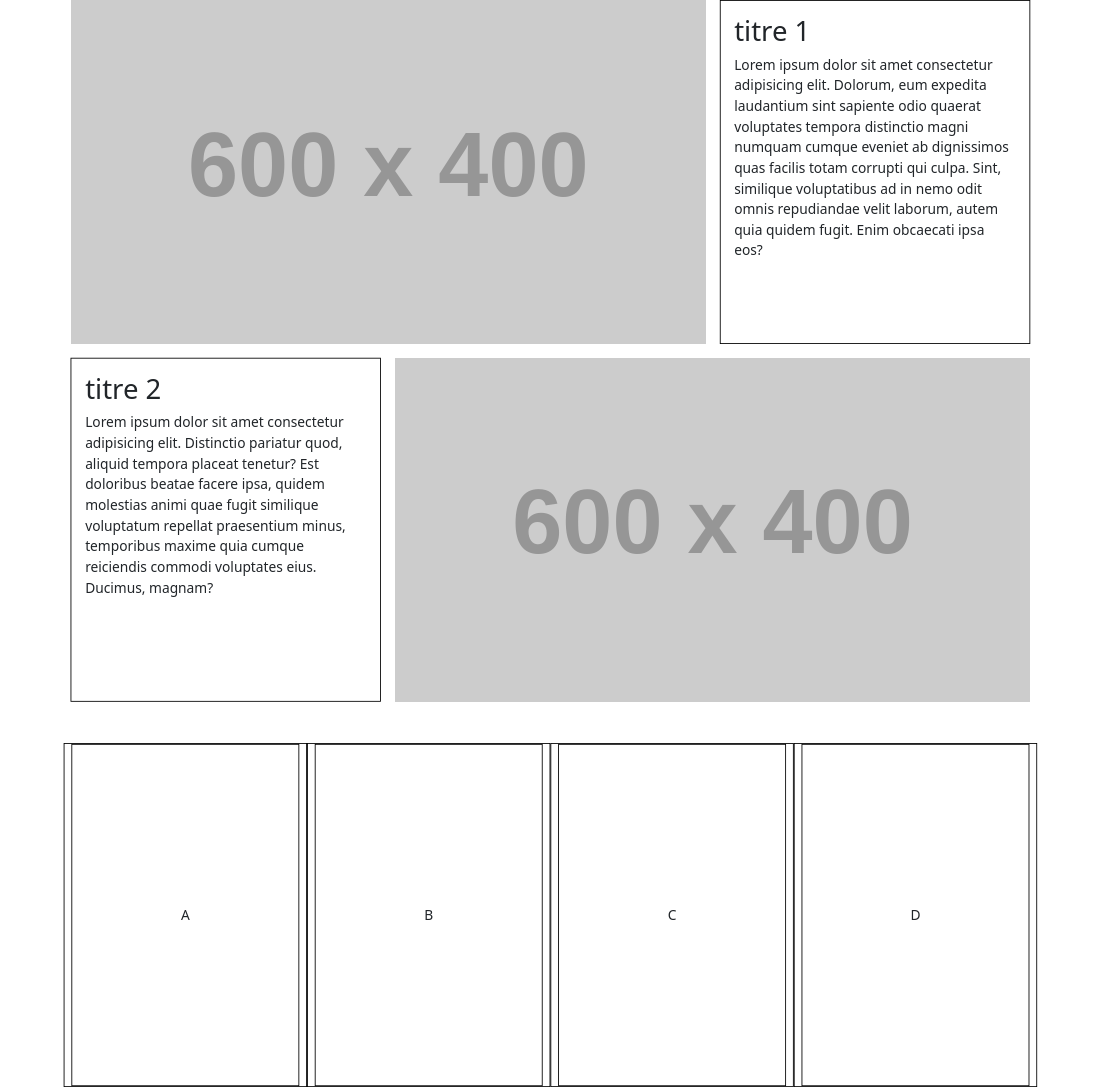
Repository: fbansept/ran4_24
Page: correction-tp.html
An editor plug-in stored every save of this project. The page is shown before and after a run of saves, followed by the edit.
The browser window is 1280 px wide. The pictures show the whole page, at 86% of full size.

Above is the page before, as saved 2024-10-22 10:01:36.

After the next 2 saves:
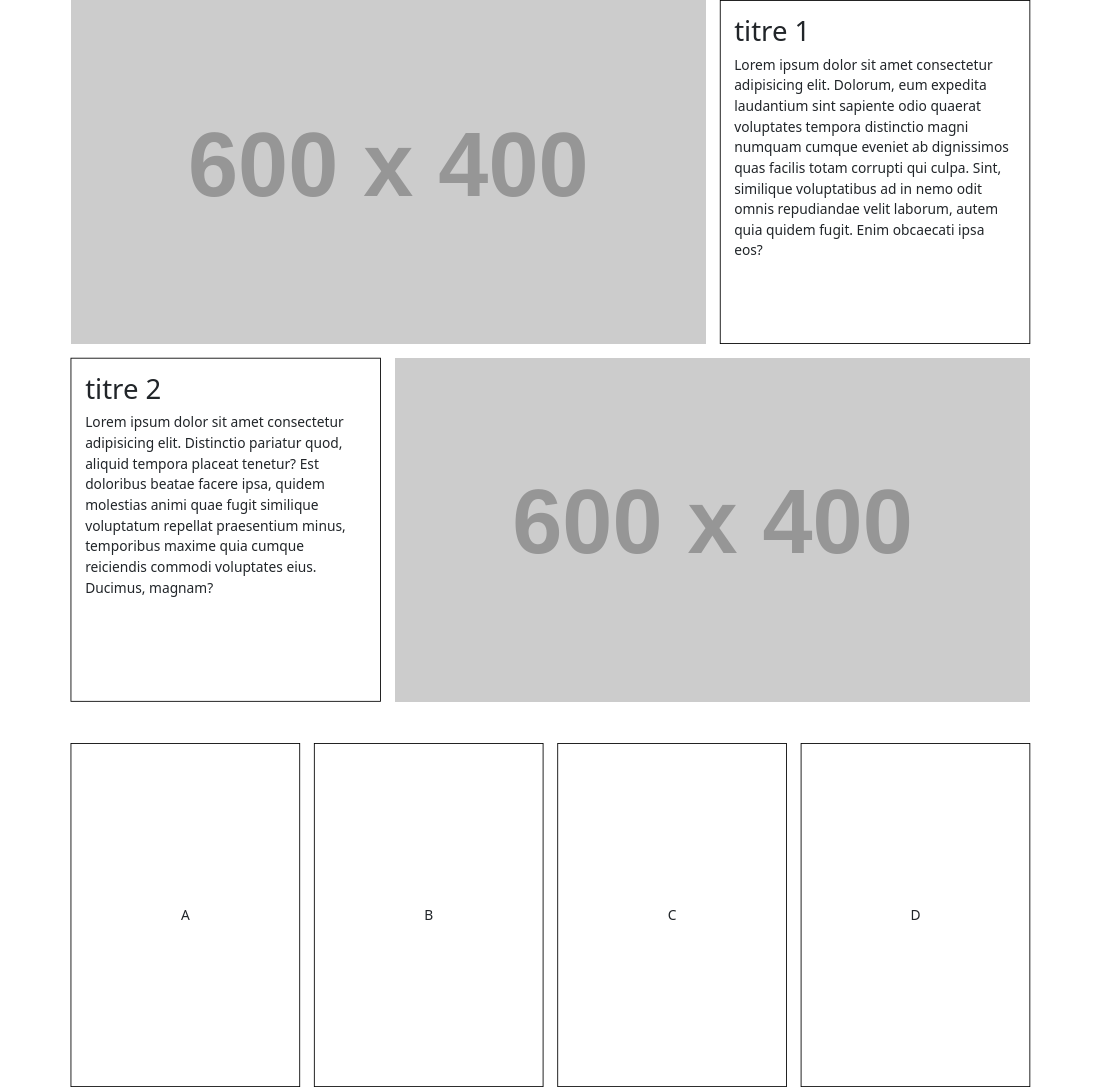
The 2 saves are shown as one change because they came seconds apart.
The last was saved 16 s later.
--- a/style.css
+++ b/style.css
@@ -4,8 +4,7 @@ section > img {
   height: 400px;
 }
 
-section > article > div,
-section > div {
+section > article > div {
   border: 1px solid black;
 }
 
